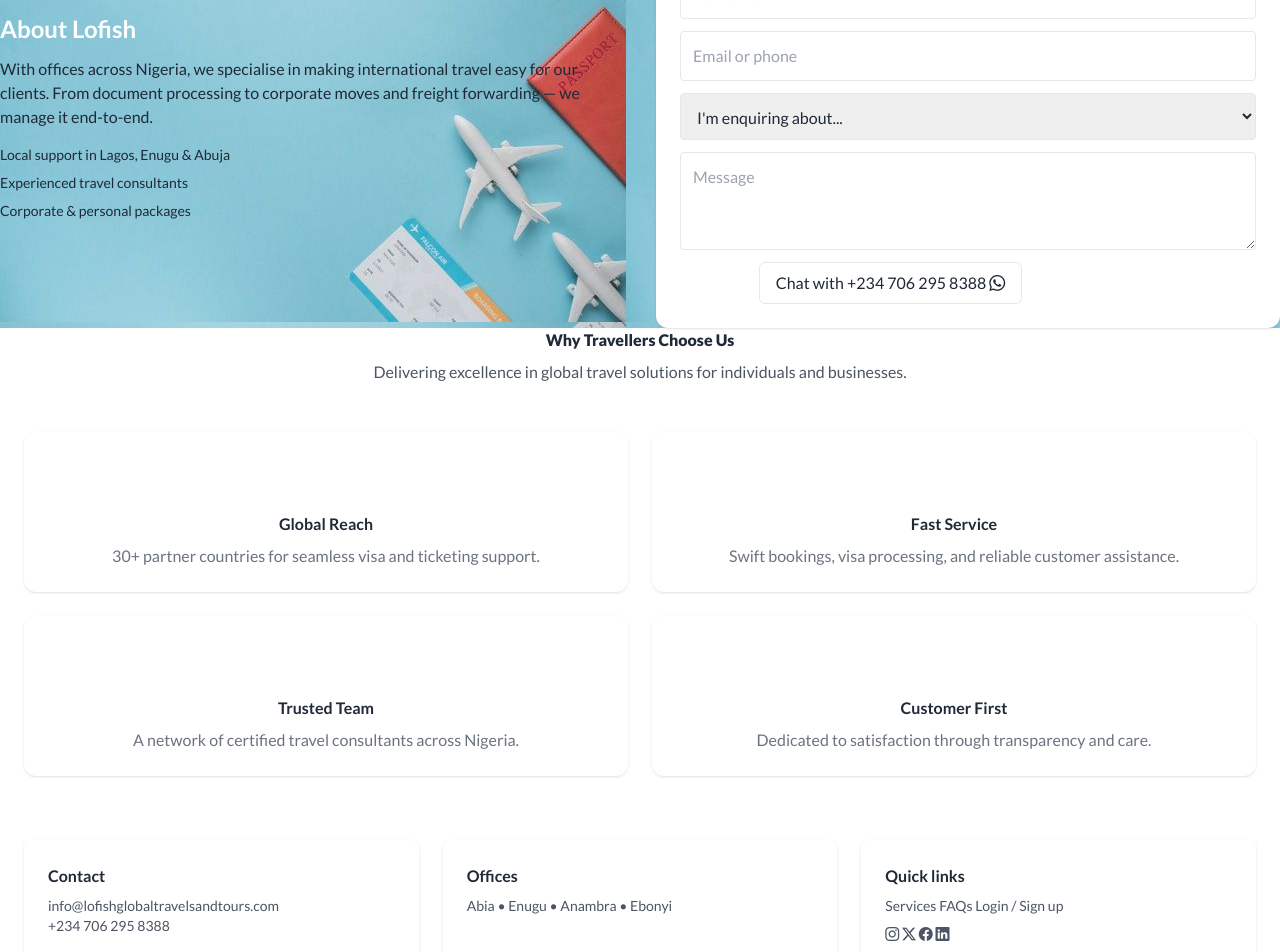
Repository: PhantomMiles/Lofish-Travels-and-Tours
Page: index.html
The author's editor kept a copy of each file at every save. The page is drawn from the files as they stood at one save, then again after the next save.
The browser window is 1280 px wide. The pictures show the part of the page from y = 853 to 1805 px (the page is 1873 px tall).
Some web libraries are served in a nearby version.

Above is the page before, as saved 2025-11-12 16:21:44.
Console error (its wording comes from the project's code and is left out).

After the next save:
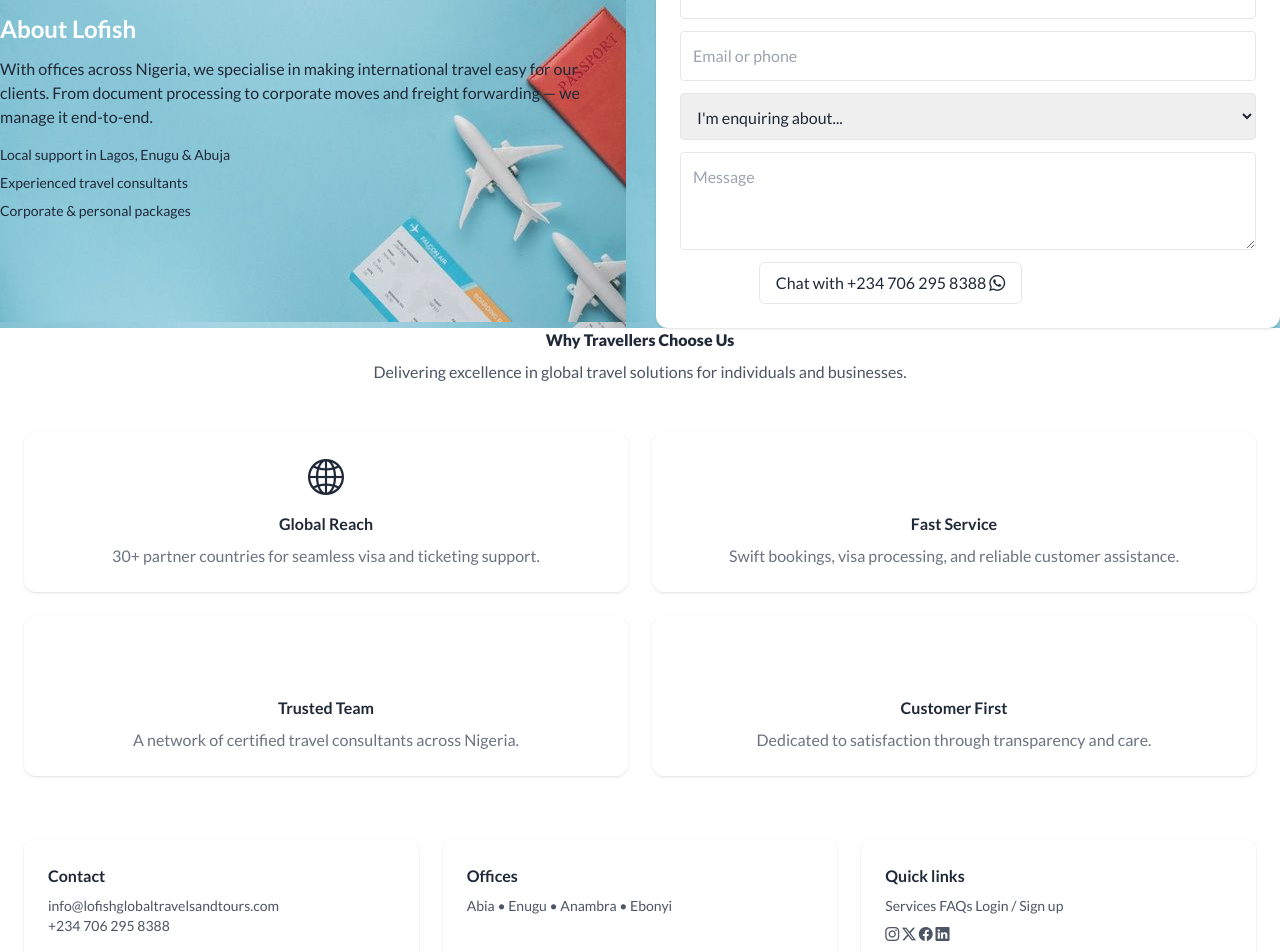
Saved 37 s later.
--- a/index.html
+++ b/index.html
@@ -279,7 +279,7 @@
         <div class="relative flex flex-col items-center text-center">
           <div
             class="flex items-center justify-center w-16 h-16 transition-all duration-500 rounded-full bg-gold group-hover:bg-gold/20">
-            <i class="text-4xl text-white transition-colors duration-500 bi bi-globe2 group-hover:text-gold"></i>
+            <i class="text-4xl transition-colors duration-500 text-gold/20 bi bi-globe2 group-hover:text-gold"></i>
           </div>
           <h3 class="mt-4 text-xl font-bold text-gray-800 transition-colors duration-500 group-hover:text-white">
             Global Reach
